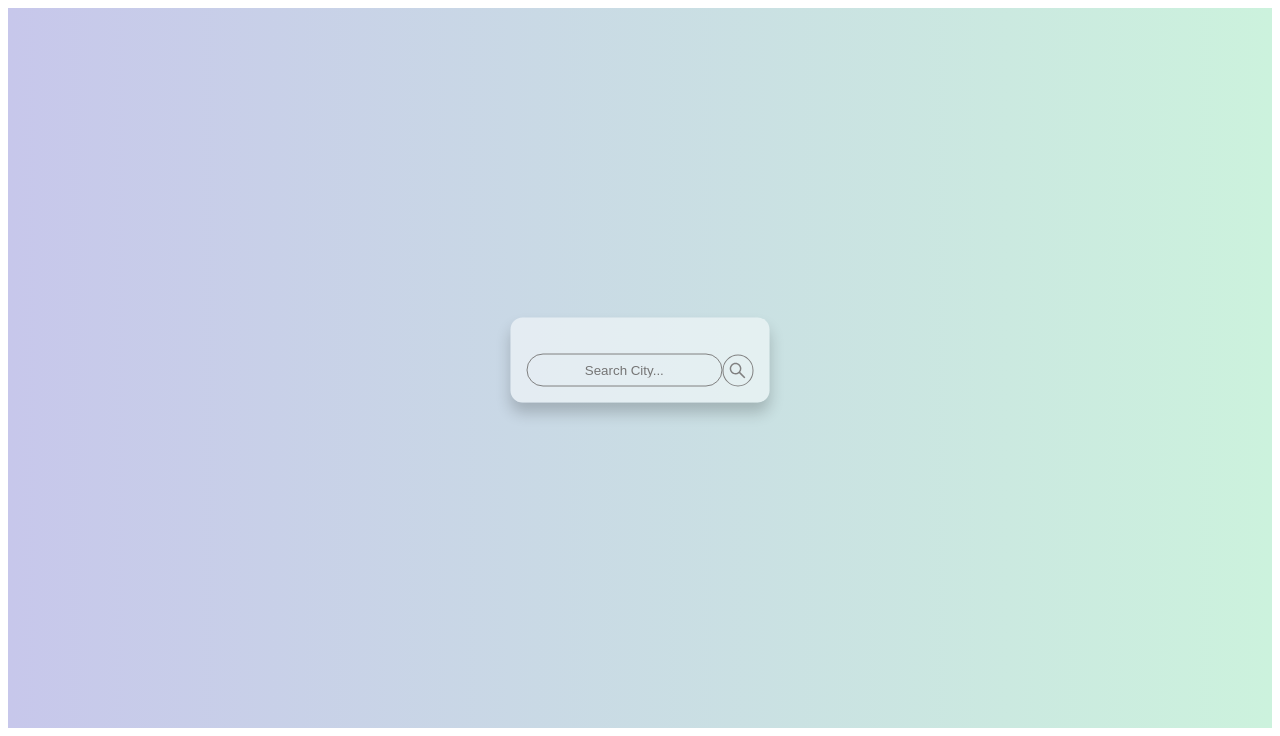
Repository: vaishnavik94/WeatherAPP
Page: /
The author's editor kept a copy of each file at every save. The page is drawn from the files as they stood at one save, then again after the next save.
The browser window is 1280 px wide. The pictures show the whole page.
The page's requests for data from a server got no answer. The project was rebuilt for these pictures with package versions that can differ from the ones it lists, and the page was loaded fresh each time. No one was signed in, and anything a server would have sent is missing.

Above is the page before, as saved 2024-04-18 16:05:27.

### public/index.html
<!DOCTYPE html>
<html lang="en">

  <head>
    <meta charset="utf-8" />
    <meta name="viewport" content="width=device-width, initial-scale=1" />
    <meta name="theme-color" content="#000000" />
    <meta name="description" content="Web site created using create-react-app"/>

    <title>React App</title>
  </head>

  <body>
    <noscript>You need to enable JavaScript to run this app.</noscript>
    <div id="root"></div>

  </body>

</html>

### src/App.tsx
import React from 'react';
import './App.css';
import DisplayWeather from './components/DisplayWeather';

function App() {
  return (
    <div className="App">
      <DisplayWeather/>
    </div>
  );
}

export default App;

### src/components/DisplayWeather.tsx
import React from 'react'
import { MainWrapper } from './styles.module'
import { AiOutlineSearch } from "react-icons/ai";
import { WiHumidity } from "react-icons/wi";
import { BiWind } from "react-icons/bi";
import { RiLoaderFill } from "react-icons/ri";
import { TiWeatherPartlySunny } from "react-icons/ti";
import { BsFillSunFill, BsFillCloudFill, BsFillCloudRainFill, BsCloudFog2Fill, BsCloudyFill } from "react-icons/bs";
import axios, { Axios } from 'axios';


interface WeatherDataProps{
    name: string;

    main: {
        temp: number;
        humidity: number;
    };
    sys: {
        country: string;
    };

    wind: {
        speed:number;
    };
    weather: {
        main: string;
    }[];
}

const DisplayWeather = () => {

    const api_key="0cc86d16bf572f78cdc96c096c7627e5";
    const api_Endpoint = "https://api.openweathermap.org/data/2.5/";

    const [weatherData, setWeatherData] = React.useState<WeatherDataProps | null>(null)

    const fetchCurrentWeather = async (lat:number, lon:number) =>{
        const url = `${api_Endpoint}weather?lat=${lat}&lon=${lon}&appid=${api_key}&units=metric`;
        const response = await axios.get(url);

        return response.data;
    };

    const iconChanger = (weather:string) => {
        let iconElement: React.ReactNode;
        let iconColor:string;

        switch(weather) {
            case "Rain":
                iconElement = <BsFillCloudRainFill/>
                iconColor="#272829"
                break;

            case "Clear":
                iconElement = <BsFillSunFill/>
                iconColor="#ffc436"
                break;

            case "Clouds":
                iconElement = <BsCloudyFill/>
                iconColor="#102c57"
                break;

            case "Mist":
                iconElement = <BsCloudFog2Fill/>
                iconColor="#279eff"
                break;

            default :
                iconElement = <TiWeatherPartlySunny/>
                iconColor="#782869"
        }

        return (
            <span className="icon" style={{color:iconColor}}>
                {iconElement}
            </span>
        )
    }
    React.useEffect(() =>{
        navigator.geolocation.getCurrentPosition((position) => {
            const { latitude, longitude} = position.coords;
            Promise.all([fetchCurrentWeather(latitude,longitude)]).then(
                ([currentWeather]) => {
                    setWeatherData(currentWeather);
                }
            );
        });
    });

  return (
    <MainWrapper>

        <div className="container">
            <div className="searchArea">
                <input type="text" placeholder='Search City...' id="cityInput"/>
                <div className="searchCircle">
                    <AiOutlineSearch className='searchIcon' />
                </div>
            </div>


            {weatherData && (
                <>
                    <div className="weatherArea">
                        <h1>{weatherData.name}</h1>
                        <span>{weatherData.sys.country}</span>
                        <div className="icon">
                            {iconChanger(weatherData.weather[0].main)}
                        </div>
                        <h1>{weatherData.main.temp.toFixed(0)}</h1>
                        <h2>{weatherData.weather[0].main}</h2>
                    </div>

                    <div className="bottomInfoArea">
                        <div className="humidityLevel">
                            <WiHumidity className='windIcon'/>
                            <div className="humidInfo">
                                <h1>{weatherData.main.humidity}%</h1>
                                <p>Humidity</p>
                            </div>
                        </div>

                        <div className="windLevel">
                            <BiWind className='windIcon'/>
                            <div className="windInfo">
                                <h1>{weatherData.wind.speed}km/h</h1>
                                <p>Wind Speed</p>
                            </div>
                        </div>

                    </div>
                </>
            )}


        </div>

    </MainWrapper>
  );
};

export default DisplayWeather

### src/components/styles.module.ts
import styled from "styled-components";


export const MainWrapper = styled.div`
height: 100vh;
background: linear-gradient(to right, #c7c7eb, #ccf2dd);
.container {
background-color: #ffffff7d;
border-radius: 12px;
padding: 1rem;
position: absolute;
top: 50%;
left: 50%;
transform: translate(-50%, -50%);
box-shadow: 0 10px 15px rgb(0 0 0 / 20%);
box-sizing: border-box;
color: rgba(0, 0, 0, 0.8);
background-blend-mode: overlay;
justify-content: space-between;
align-items: center;
flex-direction: column;
position: absolute;
}


.searchArea {
margin-top: 20px;
display: flex;
justify-content: space-evenly;
align-items: center;
width: 100%;
}


.searchArea > input {
outline: none;
border: none;
border: 1px solid grey;
padding: 8px;
border-radius: 20px;
text-align: center;
width: 80%;
background: transparent;
}
.searchCircle {
border: 1px solid grey;
width: 30px; /* Adjust the width of the circle as needed */
height: 30px; /* Ensure the height matches the width for a perfect circle */
border-radius: 50%;
display: flex;
justify-content: center;
align-items: center;
cursor: pointer;


> .searchIcon {
font-size: 20px;
color: grey;
}
}


.weatherArea {
display: flex;
align-items: center;
flex-direction: column;
margin: 30px 0;


> .icon {
font-size: 9rem;


/* DO LATER NOT WHEN CREATING UI */
}


> h1 {
font-size: 3rem;


font-family: "Bebas Neue", sans-serif;
}


> span {
margin-bottom: 10px;
font-family: "Inter", sans-serif;
}


> h2 {
font-size: 2rem;
font-family: "Inter", sans-serif;
font-weight: 400;
}
}


.bottomInfoArea {
display: flex;
align-items: center;
justify-content: space-around;
font-family: "Josefin Sans", sans-serif;
margin: 10px;
background: linear-gradient(
90deg,
rgba(243, 255, 253, 1) 0%,
rgba(253, 255, 232, 1) 100%
);
border-radius: 12px;
padding: 10px;
}
.humidityLevel,
.wind {
display: flex;
align-items: center;
margin: 0 20px;


> .humidIcon {
font-size: 3rem;
}
}


.windIcon {
font-size: 2rem;
margin-right: 10px;
}


.loading {
height: 400px;
width: 300px;
display: flex;
flex-direction: column;
justify-content: center;
align-items: center;
z-index: 9999;


.loadingIcon {
font-size: 3rem;
/* DO LATER NOT WHEN CREATING UI */
animation: spin 2s linear infinite;
}
p {
font-size: 22px;
margin-top: 10px;
font-family: "Josefin Sans", sans-serif;
}
}


/* DO LATER NOT WHEN CREATING UI */
@keyframes spin {
from {
transform: rotate(0deg);
}
to {
transform: rotate(360deg);
}
}
`;

Loaded but not shown: src/index.tsx (common file); src/App.css (common file)

After the next save:
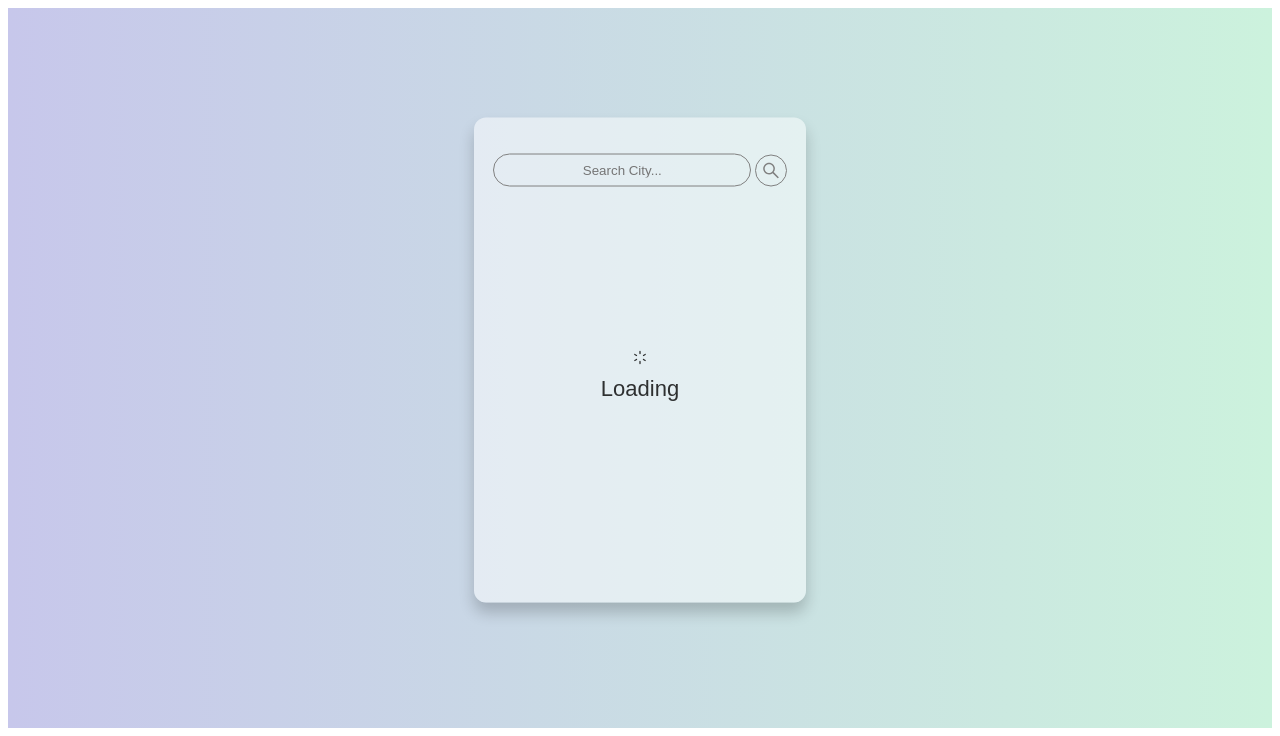
Saved 18 min 42 s later.
--- a/src/components/DisplayWeather.tsx
+++ b/src/components/DisplayWeather.tsx
@@ -33,7 +33,9 @@ const DisplayWeather = () => {
     const api_key="0cc86d16bf572f78cdc96c096c7627e5";
     const api_Endpoint = "https://api.openweathermap.org/data/2.5/";
 
-    const [weatherData, setWeatherData] = React.useState<WeatherDataProps | null>(null)
+    const [weatherData, setWeatherData] = React.useState<WeatherDataProps | null>(null);
+
+    const [isLoading, setLoading] = React.useState(false);
 
     const fetchCurrentWeather = async (lat:number, lon:number) =>{
         const url = `${api_Endpoint}weather?lat=${lat}&lon=${lon}&appid=${api_key}&units=metric`;
@@ -84,6 +86,8 @@ const DisplayWeather = () => {
             Promise.all([fetchCurrentWeather(latitude,longitude)]).then(
                 ([currentWeather]) => {
                     setWeatherData(currentWeather);
+                    setLoading(true);
+                    console.log(currentWeather);
                 }
             );
         });
@@ -101,7 +105,7 @@ const DisplayWeather = () => {
             </div>
 
 
-            {weatherData && (
+            {weatherData && isLoading ?(
                 <>
                     <div className="weatherArea">
                         <h1>{weatherData.name}</h1>
@@ -132,6 +136,11 @@ const DisplayWeather = () => {
 
                     </div>
                 </>
+            ):(
+                <div className="loading">
+                    <RiLoaderFill className='"loadingIcon'/>
+                    <p>Loading</p>
+                </div>
             )}
 
 
